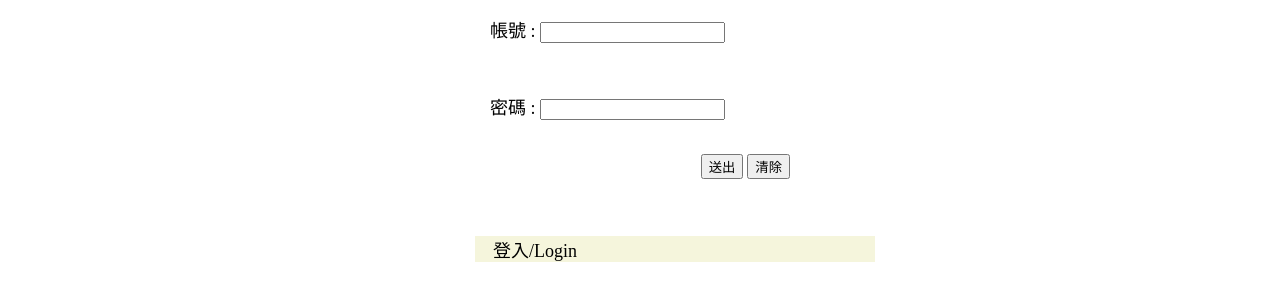
Repository: 107368009jungchengtsai/health
Page: http://localhost/login_demo/login.jsp
These files come from the project's save history. The page is drawn as it stood at one moment and after the next save; the edit follows.
The browser window is 1280 px wide. The pictures show the whole page.
The page is served by Tomcat 9. Other server files are loaded and not shown.

Above is the page before, as saved 2019-12-19 17:31:52.

### Final_project_2/workspace/login_demo/WebContent/login.jsp
<%@ page language="java" contentType="text/html; charset=BIG5"
    pageEncoding="BIG5"%>
<!DOCTYPE html PUBLIC "-//W3C//DTD HTML 4.01 Transitional//EN" "http://www.w3.org/TR/html4/loose.dtd">
<html>
<head>
<meta http-equiv="Content-Type" content="text/html; charset=BIG5">
<title>Login Page</title>
</head>
<body>
<div id="loginpage" class="show"
			style="margin: 0px auto; height: 300px; width: 1200px">

			<div id="loginpage" style="margin: 0px auto;width:300px;height:100px;">

			<form action="UserInfoServlet" method=post name=FORM1>
				<span style="margin: 0px auto;">
					<P>
						<font size='4' face=標楷體  style="background-color:#f5f5dc;height:26px;width:400px;position: absolute; left:475px; top: 236px;">&nbsp;&nbsp;&nbsp;&nbsp;登入/Login</font>
					</P>

					<P>
						<font face=標楷體 size='4'>帳號 : </font> <INPUT type=text name=userIDText value="">
					</P>
					<BR />
					<P>
						<font face=標楷體 size='4'>密碼 : </font><INPUT type=password name=userPassText value="">
					</P>
					<BR />
				</span>
				<span style="float: right;">
				<INPUT type="submit" value="送出"
					name=button1 onClick="checkNameAndPassIsEmptyOrNot()" /> <INPUT
					type="reset" value="清除" name=reset1 />
				</span>
			</form>
			</div>



		</div>
</body>
</html>

After the next save:
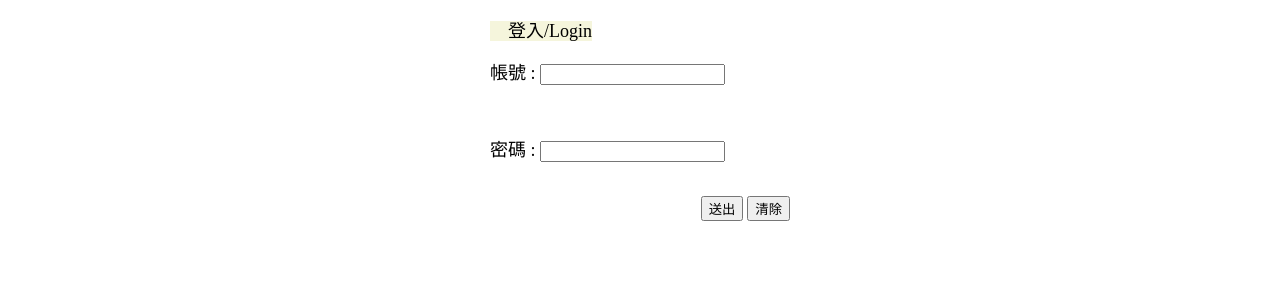
Saved 36 s later.
--- a/Final_project_2/workspace/login_demo/WebContent/login.jsp
+++ b/Final_project_2/workspace/login_demo/WebContent/login.jsp
@@ -15,7 +15,7 @@
 			<form action="UserInfoServlet" method=post name=FORM1>
 				<span style="margin: 0px auto;">
 					<P>
-						<font size='4' face=標楷體  style="background-color:#f5f5dc;height:26px;width:400px;position: absolute; left:475px; top: 236px;">&nbsp;&nbsp;&nbsp;&nbsp;登入/Login</font>
+						<font size='4' face=標楷體  style="background-color:#f5f5dc;height:26px;width:400px;">&nbsp;&nbsp;&nbsp;&nbsp;登入/Login</font>
 					</P>
 
 					<P>
